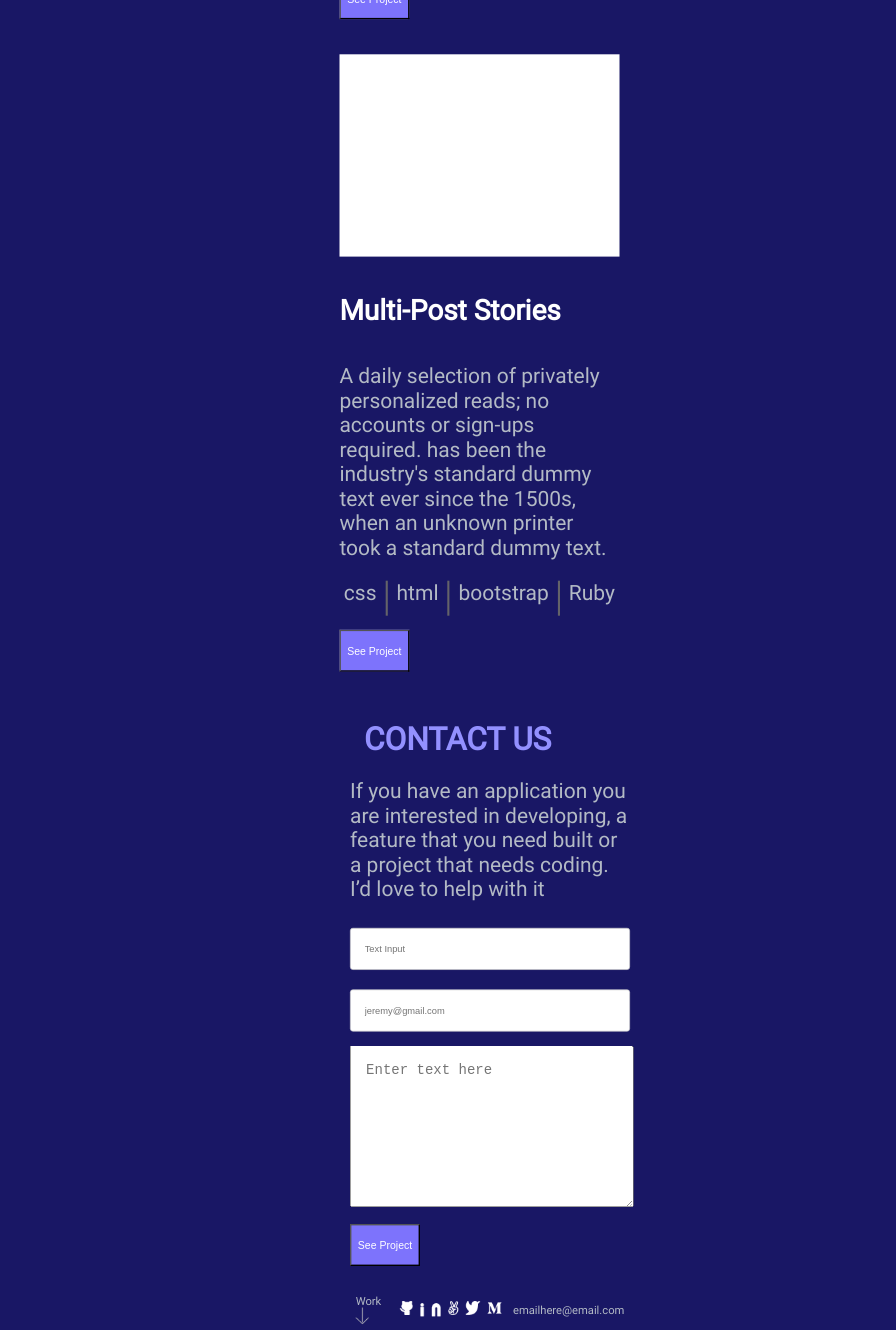
Repository: mustabbas/Portfolio
Page: index.html
The author's editor kept a copy of each file at every save. The page is drawn from the files as they stood at one save, then again after the next save.
The browser window is 1280 px wide. The pictures show the part of the page from y = 3932 to 5852 px (the page is 5832 px tall before and 5852 px after), at 70% of full size.

Above is the page before, as saved 2021-08-17 17:53:58.

### index.html
<!DOCTYPE html>
<html lang="en">
<head>
    <meta charset="UTF-8">
    <meta name="viewport" content="width=device-width, initial-scale=1.0">
    <meta http-equiv="X-UA-Compatible" content="ie=edge">
    <link rel="stylesheet" href="style.css"/>
    <title>Mustafa Portfolio</title>
</head>
<body>
    <section class="container">
        <header class="header">
            <a href="#"><h2>Mustafa Abbas</h2></a>
            <nav class="humberger">
            <img  src="./assets/img/humberger.png" alt="humberger"/>
            <img  src="./assets/img/humberger.png" alt="humberger"/>
            <img  src="./assets/img/humberger.png" alt="humberger"/>
            </nav>
            <ul class="main-nav">
                <li><a href="#">Portoflio</a></li>
                <li><a href="#">About</a></li>
                <li><a href="#">Contact</a></li>
                <li ><a href="#"><img class="email-pic" src="./assets/img/Icon-Mail.png" alt="email"/></a></li >
            </ul>
        </header>
        <div class="head-wraper">
            <div class="title-wraper">
                <h1>Mustafa Abbas</h1>
                <h2>Software Developer</h2>
            </div>
        </div>
        <div class="box"><p>I can help you build a product , feature or website Look through some of my work and experience! If you like what you see and have a project you need coded,  don’t hestiate to contact me.</p></div>
        <div class="line"></div>
        <div class="skills">
        <ul>
            <li>Language</li>
            <li>Javascript</li>
            <li>Ruby</li>
            <li>Html</li>
            <li>Css</li>
        </ul>
        <ul>
            <li>Frameworks</li>
            <li>Ruby on Rails</li>
            <li>Bootstrap</li>
            <li>RSPec</li>
            <li>CapyBara</li>
        </ul>
        <ul>
            <li>Skills</li>
            <li>Codekit</li>
            <li>Github</li>
            <li>Codepen</li>
            <li>Gitlab</li>
        </ul>
      </div>
      <div class="line"></div>
    </section>
        <div class="footer-nav">
            <div class="work-container upper">
            <span>Work</span>
            <div class="arrow-container">
            <img src="./assets/img/Vector-line-arrow.png" alt="Vector-line-arrow"/>
            <img src="./assets/img/Vector-arrow.png" alt="Vector-arrow"/>
             </div>
            </div>
            <div class="vector-container">
                <ul>
                    <li><img src="./assets/img/Vector-github.png" alt="Vector-github"/></li>
                    <li>
                        <div class="linked-container">
                            <div>
                                <img src="./assets/img/Vector-dot-linkedin.png" alt="Vector-dot-linkedin"/>
                                <img src="./assets/img/Vector-line-linkedin.png" alt="Vector-line-linkedin"/>
                          </div>
                                <img id="vector2" src="./assets/img/Vector-n-linkedin.png" alt="Vector-n-linkedin"/>
                         </div>
                    </li>
                    <li> <img src="./assets/img/Vector.png" alt="Vector"/></li>
                    <li><img src="./assets/img/Vector-twitter.png" alt="Vector-twitter"/></li>
                    <li> <img src="./assets/img/Vector-M.png" alt="Vector-M"/></li>
                </ul>

             </div>
             <div class="work-container">
            <div class="arrow-container">
            <img src="./assets/img/Vector-line-arrow.png" alt="Vector-line-arrow"/>
            <img src="./assets/img/Vector-arrow.png" alt="Vector-arrow"/>
            </div>
            <span>Work</span>
            </div>
        </div>
    <section class="recent-work">
    <h3>My recent work</h3>
    <div class="line"></div>
    <div class="card">
       <img src="./assets/img/Placeholder.png" alt="Placeholder"/>
       <div class="card-body">
           <h4>Multi-Post Stories</h4>
           <p>A daily selection of privately personalized reads; no accounts or sign-ups required. has been the industry's standard dummy text ever since the 1500s, when an unknown printer took a standard dummy text.</p>
            <ul>
                <li>css</li>
                <li class="vertical-line"></li>
                <li>html</li>
                <li class="vertical-line"></li>
                <li>bootstrap</li>
                <li class="vertical-line"></li>
                <li>Ruby</li>
            </ul>
            <button class="button">See Project</button>
       </div>
    </div>
    <div class="card">
        <img src="./assets/img/Placeholder.png" alt="Placeholder"/>
        <div class="card-body">
            <h4>Multi-Post Stories</h4>
            <p>A daily selection of privately personalized reads; no accounts or sign-ups required. has been the industry's standard dummy text ever since the 1500s, when an unknown printer took a standard dummy text.</p>
             <ul>
                 <li>css</li>
                 <li class="vertical-line"></li>
                 <li>html</li>
                 <li class="vertical-line"></li>
                 <li>bootstrap</li>
                 <li class="vertical-line"></li>
                 <li>Ruby</li>
             </ul>
             <button class="button">See Project</button>
        </div>
     </div>
     <div class="card">
        <img src="./assets/img/Placeholder.png" alt="Placeholder"/>
        <div class="card-body">
            <h4>Multi-Post Stories</h4>
            <p>A daily selection of privately personalized reads; no accounts or sign-ups required. has been the industry's standard dummy text ever since the 1500s, when an unknown printer took a standard dummy text.</p>
             <ul>
                 <li>css</li>
                 <li class="vertical-line"></li>
                 <li>html</li>
                 <li class="vertical-line"></li>
                 <li>bootstrap</li>
                 <li class="vertical-line"></li>
                 <li>Ruby</li>
             </ul>
             <button class="button">See Project</button>
        </div>
     </div>
     <div class="card">
        <img src="./assets/img/Placeholder.png" alt="Placeholder"/>
        <div class="card-body">
            <h4>Multi-Post Stories</h4>
            <p>A daily selection of privately personalized reads; no accounts or sign-ups required. has been the industry's standard dummy text ever since the 1500s, when an unknown printer took a standard dummy text.</p>
             <ul>
                 <li>css</li>
                 <li class="vertical-line"></li>
                 <li>html</li>
                 <li class="vertical-line"></li>
                 <li>bootstrap</li>
                 <li class="vertical-line"></li>
                 <li>Ruby</li>
             </ul>
             <button class="button">See Project</button>
        </div>
     </div>
    </section>

    <section class="card-container">
        <div class="card">
        <div class="card-body">
        <h3>CONTACT US</h3>
        <p>If you have an application you are interested in developing, a feature that you need built or a project that needs coding. I’d love to help with it </p>
        <form>
        <input type="text" placeholder="Text Input" maxlength="30" required/>
        <input type="email" placeholder="jeremy@gmail.com" required/>
        <textarea rows="15" cols="48" placeholder="Enter text here" maxlength="500" required></textarea>
        <button class="button">See Project</button>
        </form>
        </div>
        <div class="footer-nav">
            <div class="work-container upper">
            <span>Work</span>
            <div class="arrow-container">
            <img src="./assets/img/Vector-line-arrow.png" alt="Vector-line-arrow"/>
            <img src="./assets/img/Vector-arrow.png" alt="Vector-arrow"/>
             </div>
            </div>
            <div class="vector-container">
                <ul>
                    <li><img src="./assets/img/Vector-github.png" alt="Vector-github"/></li>
                    <li>
                        <div class="linked-container">
                            <div>
                                <img src="./assets/img/Vector-dot-linkedin.png" alt="Vector-dot-linkedin"/>
                                <img src="./assets/img/Vector-line-linkedin.png" alt="Vector-line-linkedin"/>
                          </div>
                                <img src="./assets/img/Vector-n-linkedin.png" alt="Vector-n-linkedin"/>
                         </div>
                    </li>
                    <li> <img src="./assets/img/Vector.png" alt="Vector"/></li>
                    <li><img src="./assets/img/Vector-twitter.png" alt="Vector-twitter"/></li>
                    <li> <img src="./assets/img/Vector-M.png" alt="Vector-M"/></li>
                </ul>

             </div>
            <span>emailhere@email.com</span>
        </div>
    </div>
    </section>


</body>
</html>

### style.css
@font-face {
  font-family: 'roboto';
  src: url(assets/font/Roboto/Roboto-Regular.ttf);
}

body {
  background-color: #191765;
  font-family: 'roboto', sans-serif;
}

ul {
  margin: 0;
  padding: 0;
  list-style: none;
}

h1 {
  color: #9390ff;
}

p,
h2,
td,
li,
a,
span {
  color: #b3bac5;
}

.header {
  display: flex;
  justify-content: space-around;
  align-items: center;
}

.header a {
  text-decoration: none;
}

.main-nav {
  display: flex;
}

.main-nav a {
  display: block;
  padding: 1em;
  text-decoration: none;
}

.head-wraper {
  display: flex;
  justify-content: center;
  align-items: center;
  background-image: url("./assets/img/circle1header.svg");
  background-repeat: no-repeat;
  background-position: -160px -50px;
}

.title-wraper {
  flex-direction: column;
  justify-content: center;
}

.title-wraper h1 {
  font-size: 3rem;
}

.title-wraper h2 {
  font-size: 2rem;
  margin-top: 0;
}

.container {
  display: flex;
  flex-direction: column;
  justify-content: center;
  align-items: center;
  width: 500px;
}

.box {
  min-width: 450px;
  width: 33.333%;
  margin: 50px;
}

.box p {
  font-size: 20px;
  font-weight: 300;
  text-align: center;
  color: #b3bac5;
}

.line {
  min-width: 450px;
  width: 33.333%;
  border-bottom: 1px solid #646369;
}

.skills {
  display: flex;
  justify-content: space-between;
  flex-wrap: wrap;
  width: 500px;
  background-image: url("./assets/img/circle1header.svg");
  background-repeat: no-repeat;
  background-position: 400px 10px;
}

.skills ul {
  width: 40%;
  margin-top: 20px;
  margin-left: 40px;
}

.skills li {
  margin: 20px;
}

.skills ul li:first-child {
  color: #9390ff;
}

.email-pic {
  color: #b3bac5;
}

.footer-nav {
  display: flex;
  justify-content: space-around;
  align-items: center;
  margin-top: 40px;
}

.work-container .work-container2 {
  display: flex;
  justify-content: space-around;
}

.vector-container ul {
  display: flex;
  justify-content: center;
  align-items: center;
}

.vector-container img {
  margin-left: 10px;
}

.arrow-container {
  display: flex;
  flex-direction: column;
  align-items: flex-start;
  margin-right: 10px;
}

.arrow-container img:first-child {
  margin-left: 9px;
}

.arrow-container img:last-child {
  margin-top: -8px;
}

.linked-container {
  display: flex;
}

.linked-container div {
  display: flex;
  flex-direction: column;
}

#vector2 {
  margin-left: auto;
}

h3 {
  font-size: 45px;
  color: #9390ff;
  margin: 20px;
  text-transform: uppercase;
  margin-left: 150px;
}

.recent-work {
  display: grid;
  grid-template-columns: auto;
  grid-template-rows: auto;
  justify-content: center;
}

.card-container {
  display: grid;
  grid-template-columns: auto;
  grid-template-rows: auto;
  justify-content: center;
}

.card {
  display: flex;
  flex-direction: column;
  width: 400px;
  margin-left: 120px;
  margin-top: 50px;
}

.card-body h4 {
  font-size: 40px;
  color: #fff;
}

.card-body p {
  font-size: 30px;
  text-align: left;
}

.card-body h3 {
  font-size: 45px;
  color: #9390ff;
  margin: 20px;
  text-transform: uppercase;
}

.card-body ul {
  display: flex;
  justify-content: space-around;
  font-size: 30px;
  text-align: left;
}

.vertical-line {
  height: 50px;
  border-right: 3px solid #646369;
}

.button {
  background-color: #7d73fc;
  width: 100px;
  height: 60px;
  color: #fff;
  font-size: 15px;
  margin-top: 20px;
}

.button:hover {
  box-shadow: 0 8px 16px rgba(125, 115, 252, 0.48);
}

input {
  width: 100%;
  height: 60px;
  padding: 12px 20px;
  margin: 8px 0;
  display: inline-block;
  border: 1px solid #ccc;
  border-radius: 4px;
  box-sizing: border-box;
  margin-bottom: 20px;
}

textarea::placeholder {
  font-size: 20px;
  padding: 20px;
}

@media only screen and (max-width: 500px) {
  .header {
    width: 500px;
    justify-content: space-around;
  }

  .header ul {
    display: none;
  }

  .main-nav {
    flex-direction: column;
  }

  .head-wraper {
    width: 500px;
  }

  .head-wraper img {
    margin-left: -200px;
  }

  .right {
    margin-right: -100px;
  }

  .container img {
    margin-right: -500px;
  }

  .humberger {
    display: flex;
    flex-direction: column;
    justify-content: space-between;
  }

  .humberger img {
    width: 33.33px;
    height: 3px;
    margin: 5px;
    background-color: #b3bac5;
  }

  .footer-nav {
    width: 500px;
    flex-direction: column;
  }

  .upper {
    display: none !important;
  }

  .work-container {
    display: flex;
    margin-top: 30px;
  }
}

After the next save:
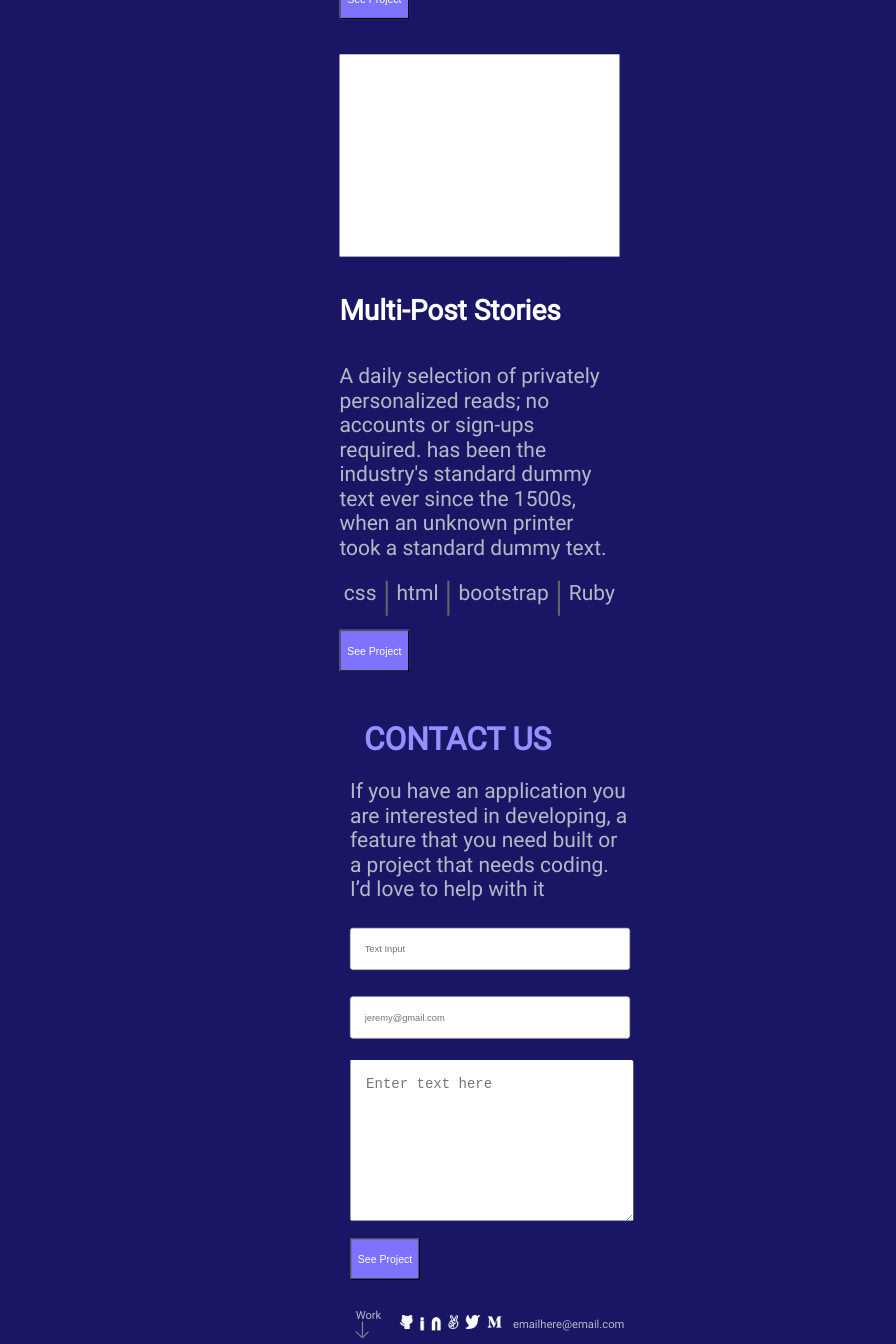
Saved 16 s later.
--- a/style.css
+++ b/style.css
@@ -256,7 +256,7 @@ input {
   border: 1px solid #ccc;
   border-radius: 4px;
   box-sizing: border-box;
-  margin-bottom: 20px;
+  margin-bottom: 30px;
 }
 
 textarea::placeholder {
